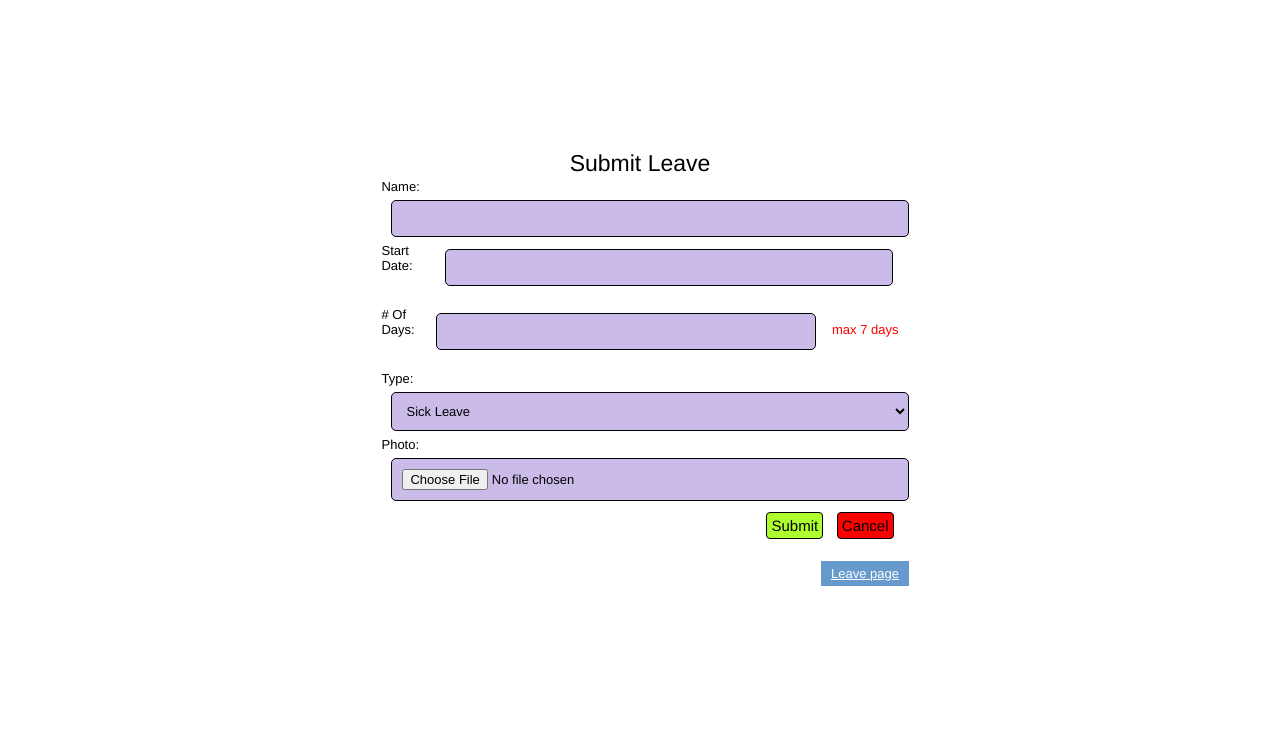
Repository: Murad71/BasicCRUD
Page: index.html
These files come from the project's save history. The page is drawn as it stood at one moment and after the next save; the edit follows.
The browser window is 1280 px wide. The pictures show the whole page.

Above is the page before, as saved 2023-04-19 18:10:14.

After the next save:
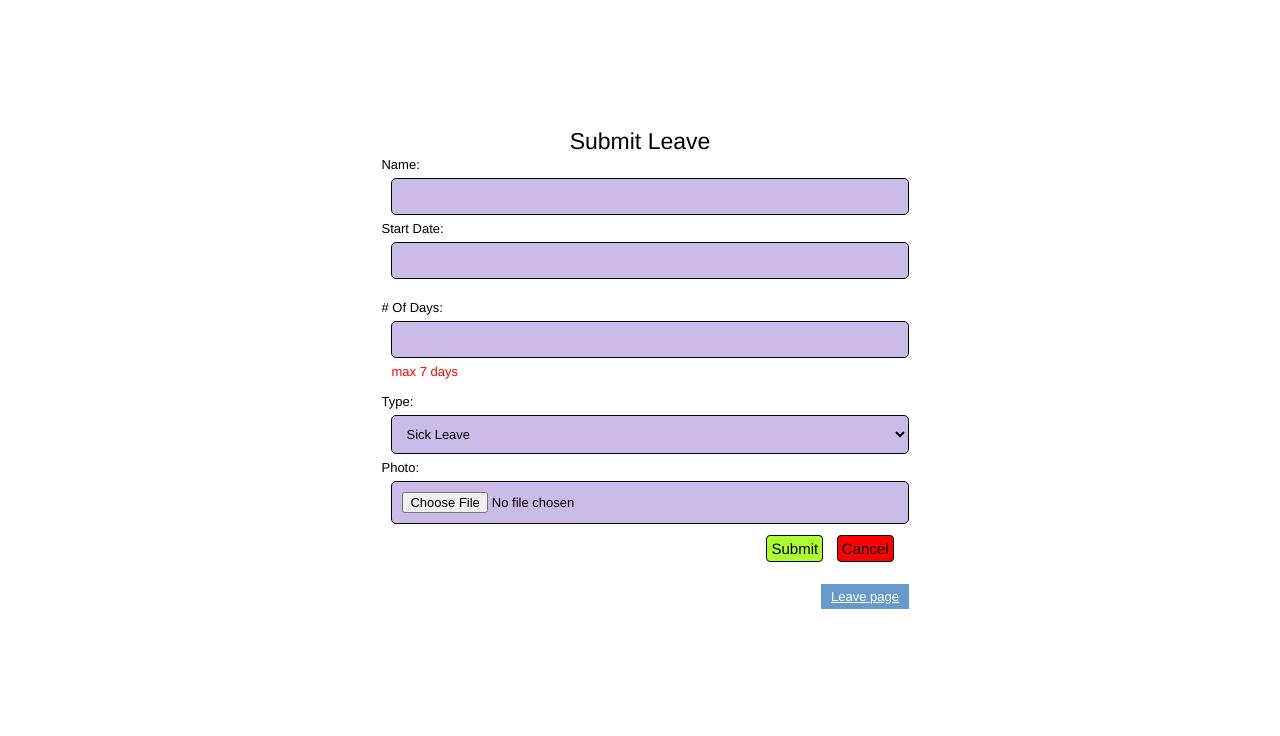
Saved 12 s later.
--- a/index.css
+++ b/index.css
@@ -2,14 +2,6 @@
   box-sizing: border-box;
   font-family: "Franklin Gothic Medium", "Arial Narrow", Arial, sans-serif;
   font-size: small;
-}
-
-.days-container {
-  display: flex;
-}
-.date-container
-{
-  display: flex;
 }
 
 .max-days {
